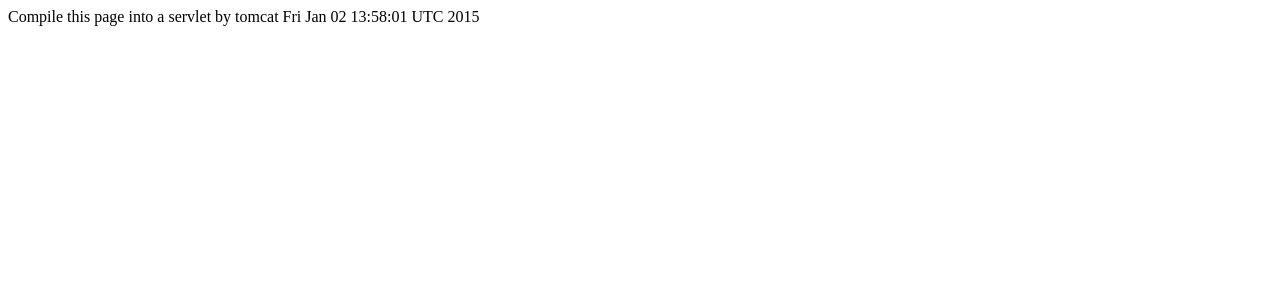
Repository: kanastasov/Java-Web-App
Page: http://localhost/1.1-GettingStarted/HelloWorld.jsp
These files come from the project's save history. The page is drawn as it stood at one moment and after the next save; the edit follows.
The browser window is 1280 px wide. The pictures show the whole page.
The page is served by Tomcat 9. Other server files are loaded and not shown.

Above is the page before, as saved 2015-01-02 14:55:02.

### 1.1-GettingStarted/WebContent/HelloWorld.jsp
<%@page import="java.util.Date"%>
<%@ page language="java" contentType="text/html; charset=ISO-8859-1"
    pageEncoding="ISO-8859-1"%>
<!DOCTYPE html PUBLIC "-//W3C//DTD HTML 4.01 Transitional//EN" "http://www.w3.org/TR/html4/loose.dtd">
<html>
<head>
<meta http-equiv="Content-Type" content="text/html; charset=ISO-8859-1">
<title>Insert title here</title>
</head>
<body>

Compile this page into a servlet by tomcat


<%

Date today = new java.util.Date();
String text = "Today's date is: " + today.toString();
%>

<%=

new java.util.Date()

%>

</body>
</html>

After the next save:
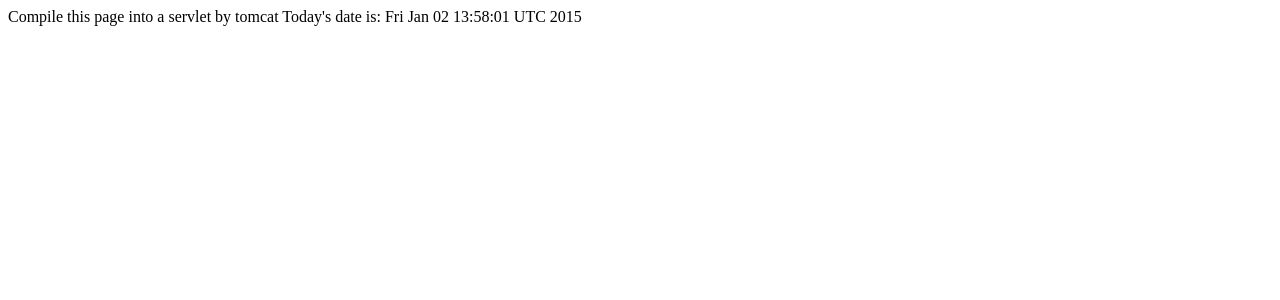
Saved 82 s later.
--- a/1.1-GettingStarted/WebContent/HelloWorld.jsp
+++ b/1.1-GettingStarted/WebContent/HelloWorld.jsp
@@ -20,7 +20,7 @@
 
 <%=
 
-new java.util.Date()
+text
 
 %>
 
